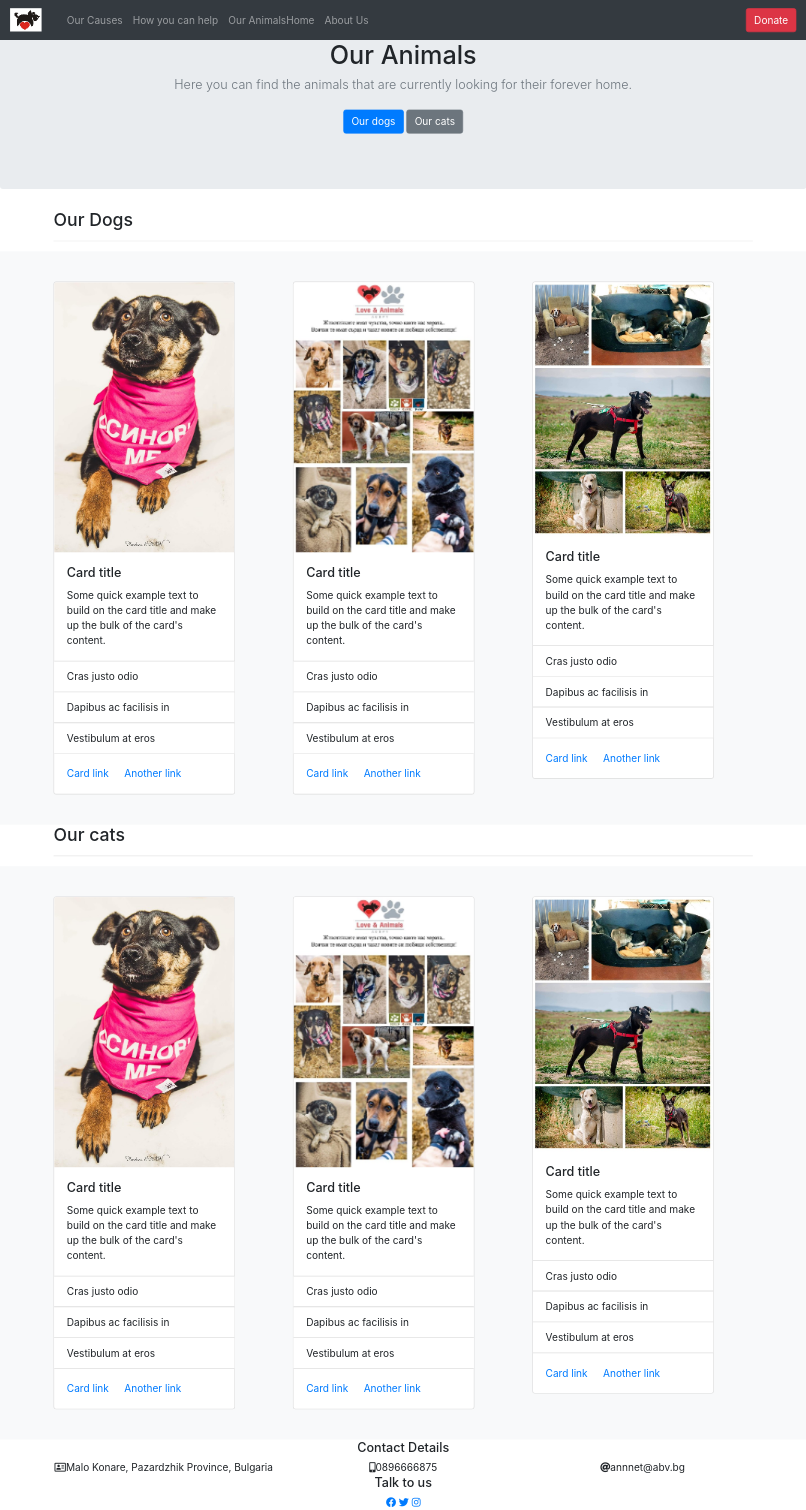
Repository: Naity17/PAW-first-website
Page: Our-Animals.html
The author's editor kept a record of every edit. The page is drawn from the files as they stood at one moment, then again after the next edit.
The browser window is 1280 px wide. The pictures show the whole page, at 63% of full size.
Some web libraries are served in a nearby version.

Above is the page before.
Console error: TypeError: Cannot read properties of undefined (reading 'fn')

### Our-Animals.html
<!DOCTYPE html>
<html lang="en">

<head>
    <meta charset="UTF-8">
    <meta name="viewport" content="width=device-width, initial-scale=1.0">
    <meta http-equiv="X-UA-Compatible" content="ie=edge">
    <link rel="stylesheet" href="https://stackpath.bootstrapcdn.com/bootstrap/4.3.1/css/bootstrap.min.css" integrity="sha384-ggOyR0iXCbMQv3Xipma34MD+dH/1fQ784/j6cY/iJTQUOhcWr7x9JvoRxT2MZw1T" crossorigin="anonymous">
    <link rel="stylesheet" href="https://use.fontawesome.com/releases/v5.9.0/css/all.css" integrity="sha384-i1LQnF23gykqWXg6jxC2ZbCbUMxyw5gLZY6UiUS98LYV5unm8GWmfkIS6jqJfb4E" crossorigin="anonymous">
    <script src="https://stackpath.bootstrapcdn.com/bootstrap/4.3.1/js/bootstrap.min.js" integrity="sha384-JjSmVgyd0p3pXB1rRibZUAYoIIy6OrQ6VrjIEaFf/nJGzIxFDsf4x0xIM+B07jRM" crossorigin="anonymous"></script>
    <link rel="stylesheet" href="assets/css/style.css" type="text/css" />
    <title>PAW - Pazardjik Animal Welfare</title>
</head>

<body>
    <header>
        <!-- ---------------NavBar-------------- -->
        <nav class="navbar navbar-expand-md navbar-dark fixed-top bg-dark">
            <a class="navbar-brand" href="index.html">
                <img src="assets/images/general/logo.jpg">
            </a>
            <button class="navbar-toggler collapsed" type="button" data-toggle="collapse" data-target="#navbarCollapse" aria-controls="navbarCollapse" aria-expanded="false" aria-label="Toggle navigation">
              <span class="navbar-toggler-icon"></span>
            </button>
            <div class="navbar-collapse collapse" id="navbarCollapse" style="">
                <ul class="navbar-nav mr-auto">
                    <li class="nav-item active">
                        <a class="nav-link" href="#"></a>
                    </li>
                    <li class="nav-item">
                        <a class="nav-link" href="#">Our Causes</a>
                    </li>
                    <li class="nav-item">
                        <a class="nav-link" href="#">How you can help</a>
                    </li>
                    <li class="nav-item">
                        <a class="nav-link" href="#">Our AnimalsHome<span class="sr-only">(current)</span></a>
                    </li>
                    <li class="nav-item">
                        <a class="nav-link" href="#">About Us</a>
                    </li>
                </ul>
                <button class="btn btn-danger navbar-btn">Donate</button>
            </div>
        </nav>
        <!-- ---------------End of NavBar-------------- -->
    </header>

    <!-- --------------Our Animals-------------- -->
    <section id="our-animals">
        <main role="main">
            <section class="jumbotron text-center">
                <div class="container">
                    <h1 class="jumbotron-heading">Our Animals</h1>
                    <p class="lead text-muted">Here you can find the animals that are currently looking for their forever home.</p>
                    <p>
                        <a href="#our-dogs-tag" class="btn btn-primary my-2">Our dogs</a>
                        <a href="#our-cats-tag" class="btn btn-secondary my-2">Our cats</a>
                    </p>
                </div>
            </section>
            <div class="container">
                <h3 id=our-dogs-tag>Our Dogs</h3>
                <hr>
            </div>
            <div class="album py-5 bg-light">
                <div class="container">
                    <div class="row">
                        <div class="col-md-4 col-12">
                            <div class="card" style="width: 18rem;">
                                <img src="assets/images/general/carousel-1.jpg" class="card-img-top" alt="...">
                                <div class="card-body">
                                    <h5 class="card-title">Card title</h5>
                                    <p class="card-text">Some quick example text to build on the card title and make up the bulk of the card's content.</p>
                                </div>
                                <ul class="list-group list-group-flush">
                                    <li class="list-group-item">Cras justo odio</li>
                                    <li class="list-group-item">Dapibus ac facilisis in</li>
                                    <li class="list-group-item">Vestibulum at eros</li>
                                </ul>
                                <div class="card-body">
                                    <a href="#" class="card-link">Card link</a>
                                    <a href="#" class="card-link">Another link</a>
                                </div>
                            </div>
                        </div>
                        <div class="col-md-4 col-12">
                            <div class="card" style="width: 18rem;">
                                <img src="assets/images/general/carousel-2.jpg" class="card-img-top" alt="...">
                                <div class="card-body">
                                    <h5 class="card-title">Card title</h5>
                                    <p class="card-text">Some quick example text to build on the card title and make up the bulk of the card's content.</p>
                                </div>
                                <ul class="list-group list-group-flush">
                                    <li class="list-group-item">Cras justo odio</li>
                                    <li class="list-group-item">Dapibus ac facilisis in</li>
                                    <li class="list-group-item">Vestibulum at eros</li>
                                </ul>
                                <div class="card-body">
                                    <a href="#" class="card-link">Card link</a>
                                    <a href="#" class="card-link">Another link</a>
                                </div>
                            </div>
                        </div>
                        <div class="col-md-4 col-12">
                            <div class="card" style="width: 18rem;">
                                <img src="assets/images/general/carousel-3.jpg" class="card-img-top" alt="...">
                                <div class="card-body">
                                    <h5 class="card-title">Card title</h5>
                                    <p class="card-text">Some quick example text to build on the card title and make up the bulk of the card's content.</p>
                                </div>
                                <ul class="list-group list-group-flush">
                                    <li class="list-group-item">Cras justo odio</li>
                                    <li class="list-group-item">Dapibus ac facilisis in</li>
                                    <li class="list-group-item">Vestibulum at eros</li>
                                </ul>
                                <div class="card-body">
                                    <a href="#" class="card-link">Card link</a>
                                    <a href="#" class="card-link">Another link</a>
                                </div>
                            </div>
                        </div>
                    </div>
                </div>
            </div>
            <div class="container">
                <h3 id=our-cats-tag>Our cats</h3>
                <hr>
            </div>
            <div class="album py-5 bg-light">
                <div class="container">
                    <div class="row">
                        <div class="col-md-4 col-12">
                            <div class="card" style="width: 18rem;">
                                <img src="assets/images/general/carousel-1.jpg" class="card-img-top" alt="...">
                                <div class="card-body">
                                    <h5 class="card-title">Card title</h5>
                                    <p class="card-text">Some quick example text to build on the card title and make up the bulk of the card's content.</p>
                                </div>
                                <ul class="list-group list-group-flush">
                                    <li class="list-group-item">Cras justo odio</li>
                                    <li class="list-group-item">Dapibus ac facilisis in</li>
                                    <li class="list-group-item">Vestibulum at eros</li>
                                </ul>
                                <div class="card-body">
                                    <a href="#" class="card-link">Card link</a>
                                    <a href="#" class="card-link">Another link</a>
                                </div>
                            </div>
                        </div>
                        <div class="col-md-4 col-12">
                            <div class="card" style="width: 18rem;">
                                <img src="assets/images/general/carousel-2.jpg" class="card-img-top" alt="...">
                                <div class="card-body">
                                    <h5 class="card-title">Card title</h5>
                                    <p class="card-text">Some quick example text to build on the card title and make up the bulk of the card's content.</p>
                                </div>
                                <ul class="list-group list-group-flush">
                                    <li class="list-group-item">Cras justo odio</li>
                                    <li class="list-group-item">Dapibus ac facilisis in</li>
                                    <li class="list-group-item">Vestibulum at eros</li>
                                </ul>
                                <div class="card-body">
                                    <a href="#" class="card-link">Card link</a>
                                    <a href="#" class="card-link">Another link</a>
                                </div>
                            </div>
                        </div>
                        <div class="col-md-4 col-12">
                            <div class="card" style="width: 18rem;">
                                <img src="assets/images/general/carousel-3.jpg" class="card-img-top" alt="...">
                                <div class="card-body">
                                    <h5 class="card-title">Card title</h5>
                                    <p class="card-text">Some quick example text to build on the card title and make up the bulk of the card's content.</p>
                                </div>
                                <ul class="list-group list-group-flush">
                                    <li class="list-group-item">Cras justo odio</li>
                                    <li class="list-group-item">Dapibus ac facilisis in</li>
                                    <li class="list-group-item">Vestibulum at eros</li>
                                </ul>
                                <div class="card-body">
                                    <a href="#" class="card-link">Card link</a>
                                    <a href="#" class="card-link">Another link</a>
                                </div>
                            </div>
                        </div>
                    </div>
                </div>
            </div>
        </main>
    </section>
    <footer class="container text-center footer-details">
        <div class="row">
            <div class="col-12">
                <h5>Contact Details</h5>
            </div>
        </div>
        <div id="contact-details-items" class="row ">
            <div class="col-4 address-item">
                <i class="far fa-address-card"></i>Malo Konare, Pazardzhik Province, Bulgaria
            </div>
            <div class="col-4 phone-number-item">
                <i class="fas fa-mobile-alt"></i>0896666875
            </div>
            <div class="col-4 email-item">
                <i class="fas fa-at"></i>annnet@abv.bg
            </div>
        </div>
        <div class="row" id="social-details">
            <div class="col-xs-12 col-sm-12 icons">
                <h5 class="uppercase general-sub">Talk to us</h5>
                <a href="https://www.facebook.com/PAW-Pazardjik-Animal-Welfare-134643483313391/" target="_blank"><i class="fab fa-facebook alignment"></i></a>
                <a href="https://twitter.com/ralito17?lang=en" target="_blank"><i class="fab fa-twitter alignment"></i></a>
                <a href="https://www.instagram.com/?hl=en" target="_blank"><i class="fab fa-instagram alignment"></i></a>
            </div>
        </div>
    </footer>
    <script src="https://code.jquery.com/jquery-3.3.1.slim.min.js" integrity="sha384-q8i/X+965DzO0rT7abK41JStQIAqVgRVzpbzo5smXKp4YfRvH+8abtTE1Pi6jizo" crossorigin="anonymous"></script>
    <script src="https://cdnjs.cloudflare.com/ajax/libs/popper.js/1.14.7/umd/popper.min.js" integrity="sha384-UO2eT0CpHqdSJQ6hJty5KVphtPhzWj9WO1clHTMGa3JDZwrnQq4sF86dIHNDz0W1" crossorigin="anonymous"></script>
    <script src="https://stackpath.bootstrapcdn.com/bootstrap/4.3.1/js/bootstrap.min.js" integrity="sha384-JjSmVgyd0p3pXB1rRibZUAYoIIy6OrQ6VrjIEaFf/nJGzIxFDsf4x0xIM+B07jRM" crossorigin="anonymous"></script>
</body>

</html>

Loaded but not shown: assets/css/style.css (no copy from this time; the picture is the same without it)

After the next edit:
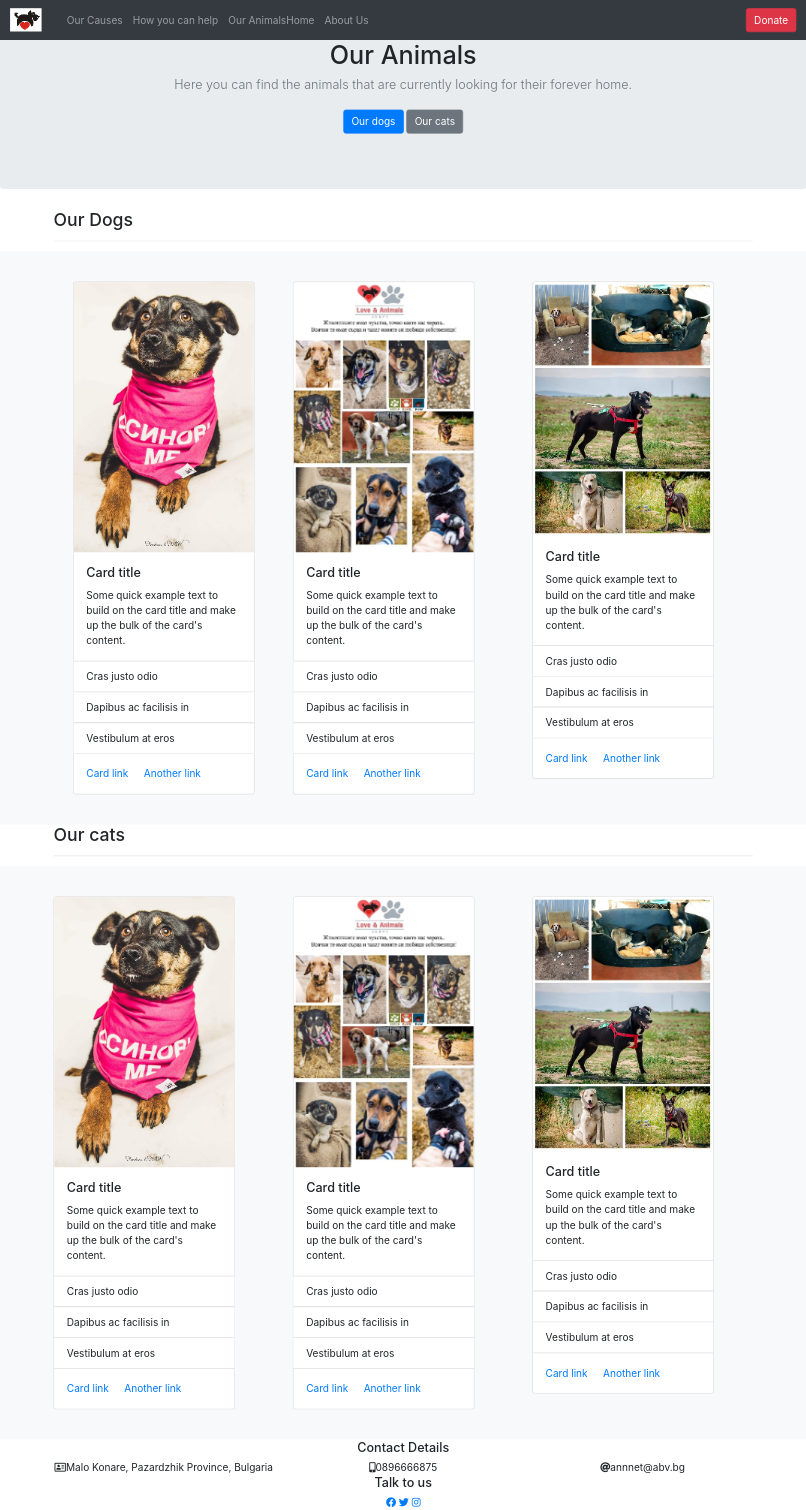
The edit:
--- a/Our-Animals.html
+++ b/Our-Animals.html
@@ -66,8 +66,8 @@
             <div class="album py-5 bg-light">
                 <div class="container">
                     <div class="row">
-                        <div class="col-md-4 col-12">
-                            <div class="card" style="width: 18rem;">
+                        <div class="col-md-4 col-12 ">
+                            <div class="card" style="width: 18rem; margin:0 auto;">
                                 <img src="assets/images/general/carousel-1.jpg" class="card-img-top" alt="...">
                                 <div class="card-body">
                                     <h5 class="card-title">Card title</h5>
